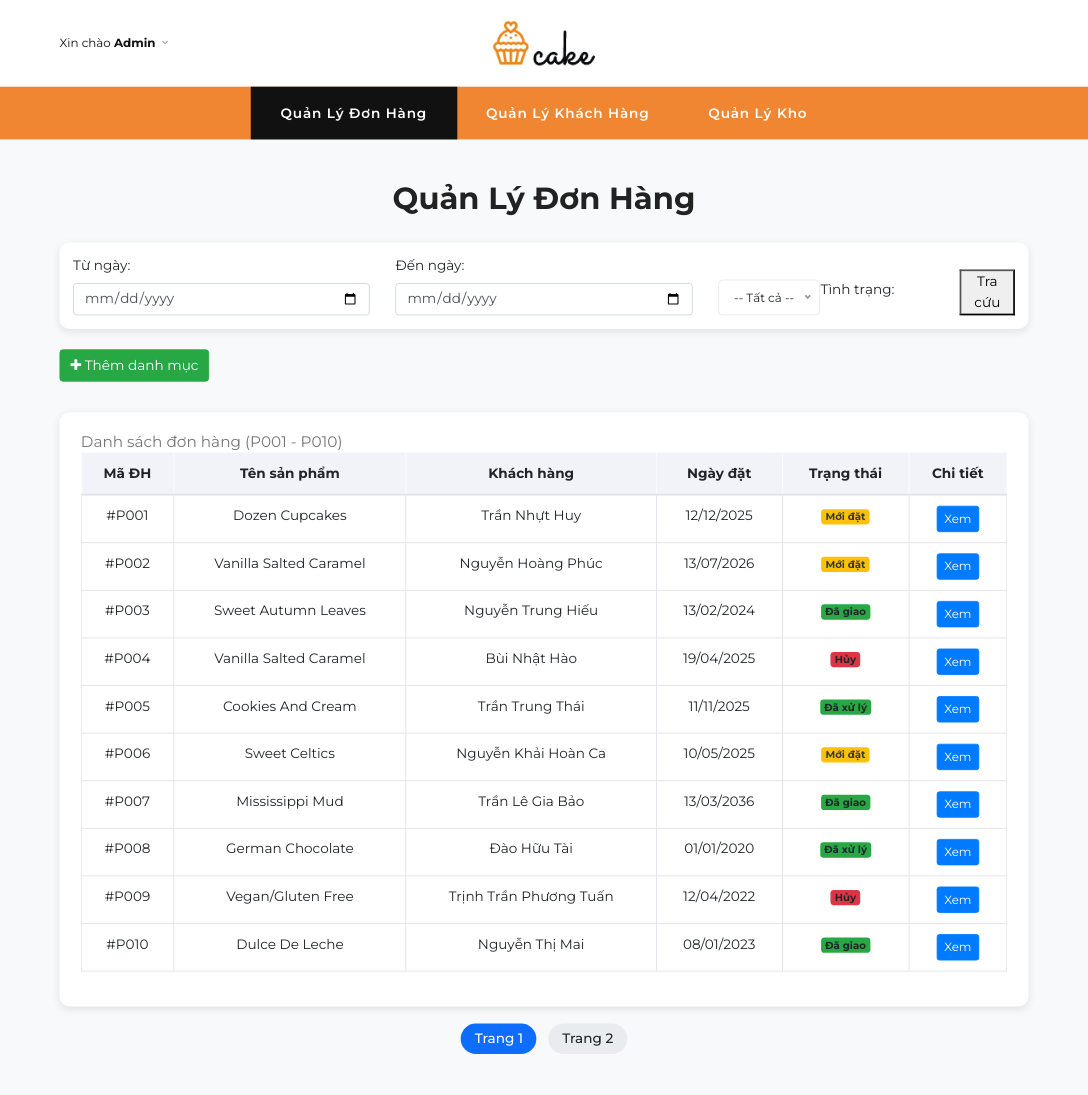
Repository: nhanto2n-byte/Nhom10ChieuThu3
Page: ProjectWeb/cake-main/admin_product.html
The author's editor kept a copy of each file at every save. The page is drawn from the files as they stood at one save, then again after the next save.
The browser window is 1280 px wide. The pictures show the whole page, at 85% of full size.

Above is the page before, as saved 2025-10-28 15:35:44.

After the next save:
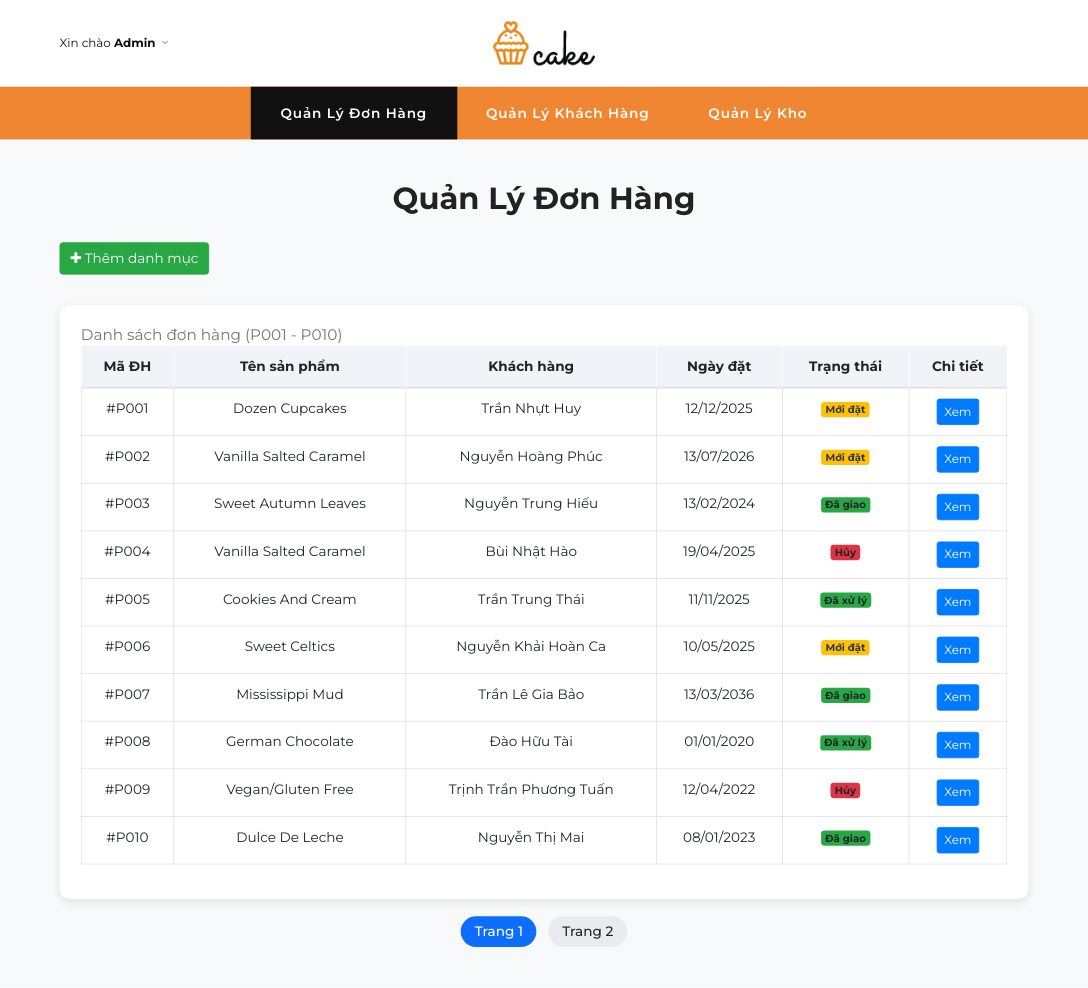
Saved 18 s later.
--- a/ProjectWeb/cake-main/admin_product.html
+++ b/ProjectWeb/cake-main/admin_product.html
@@ -246,35 +246,6 @@
     </header>
   <div class="container py-5">
     <h2 class="text-center"> Quản Lý Đơn Hàng</h2>
-<!-- FORM TRA CỨU ĐƠN HÀNG -->
-<form action="admin_order_search.html" method="get" class="card p-3 mb-4" style="max-width: 100%;">
-  <div class="row g-3 align-items-end">
-    <div class="col-md-4">
-      <label for="fromDate" class="form-label">Từ ngày:</label>
-      <input type="date" id="fromDate" name="fromDate" class="form-control">
-    </div>
-
-    <div class="col-md-4">
-      <label for="toDate" class="form-label">Đến ngày:</label>
-      <input type="date" id="toDate" name="toDate" class="form-control">
-    </div>
-
-    <div class="col-md-3">
-      <label for="status" class="form-label">Tình trạng:</label>
-      <select id="status" name="status" class="form-select">
-        <option value="">-- Tất cả --</option>
-        <option value="Mới đặt">Mới đặt</option>
-        <option value="Đã xử lý">Đã xử lý</option>
-        <option value="Đã giao">Đã giao</option>
-        <option value="Hủy">Hủy</option>
-      </select>
-    </div>
-
-    <div class="col-md-1 text-center">
-      <button type="submit" class="#">Tra cứu</button>
-    </div>
-  </div>
-</form>
 
     <!-- Nút thêm -->
     <div class="text-end mb-3">

After the save that followed:
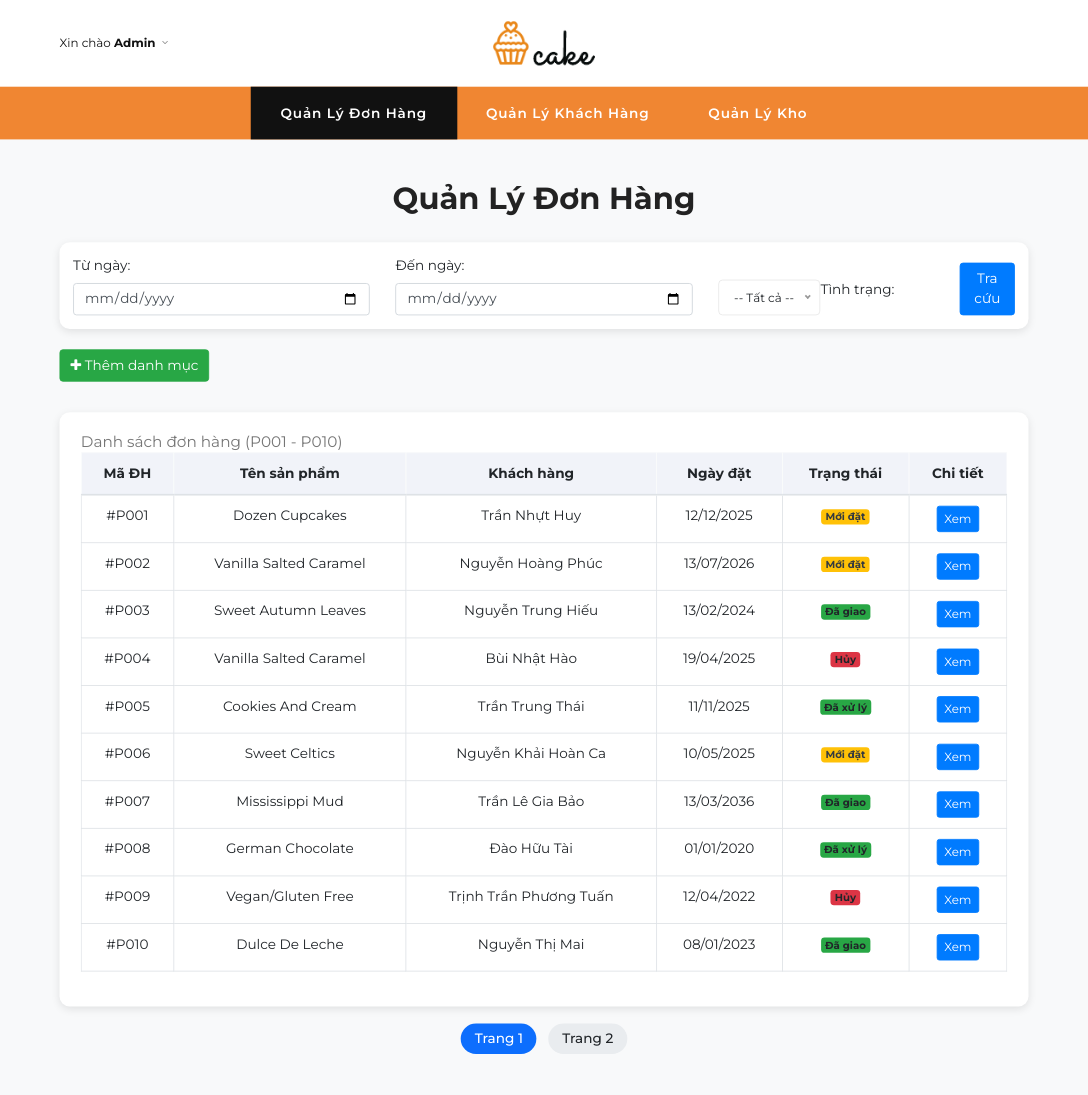
Saved 3 min 20 s later.
--- a/ProjectWeb/cake-main/admin_product.html
+++ b/ProjectWeb/cake-main/admin_product.html
@@ -246,6 +246,36 @@
     </header>
   <div class="container py-5">
     <h2 class="text-center"> Quản Lý Đơn Hàng</h2>
+<!-- FORM TRA CỨU ĐƠN HÀNG (chỉ hiển thị giao diện, không hoạt động) -->
+<form class="card p-3 mb-4" style="max-width: 100%;">
+  <div class="row g-3 align-items-end">
+    <div class="col-md-4">
+      <label for="fromDate" class="form-label">Từ ngày:</label>
+      <input type="date" id="fromDate" name="fromDate" class="form-control">
+    </div>
+
+    <div class="col-md-4">
+      <label for="toDate" class="form-label">Đến ngày:</label>
+      <input type="date" id="toDate" name="toDate" class="form-control">
+    </div>
+
+    <div class="col-md-3">
+      <label for="status" class="form-label">Tình trạng:</label>
+      <select id="status" name="status" class="form-select">
+        <option value="">-- Tất cả --</option>
+        <option value="Mới đặt">Mới đặt</option>
+        <option value="Đã xử lý">Đã xử lý</option>
+        <option value="Đã giao">Đã giao</option>
+        <option value="Hủy">Hủy</option>
+      </select>
+    </div>
+
+    <div class="col-md-1 text-center">
+      <!-- Nút chỉ để hiển thị, không thực hiện hành động gì -->
+      <button type="button" class="btn btn-primary w-100">Tra cứu</button>
+    </div>
+  </div>
+</form>
 
     <!-- Nút thêm -->
     <div class="text-end mb-3">
